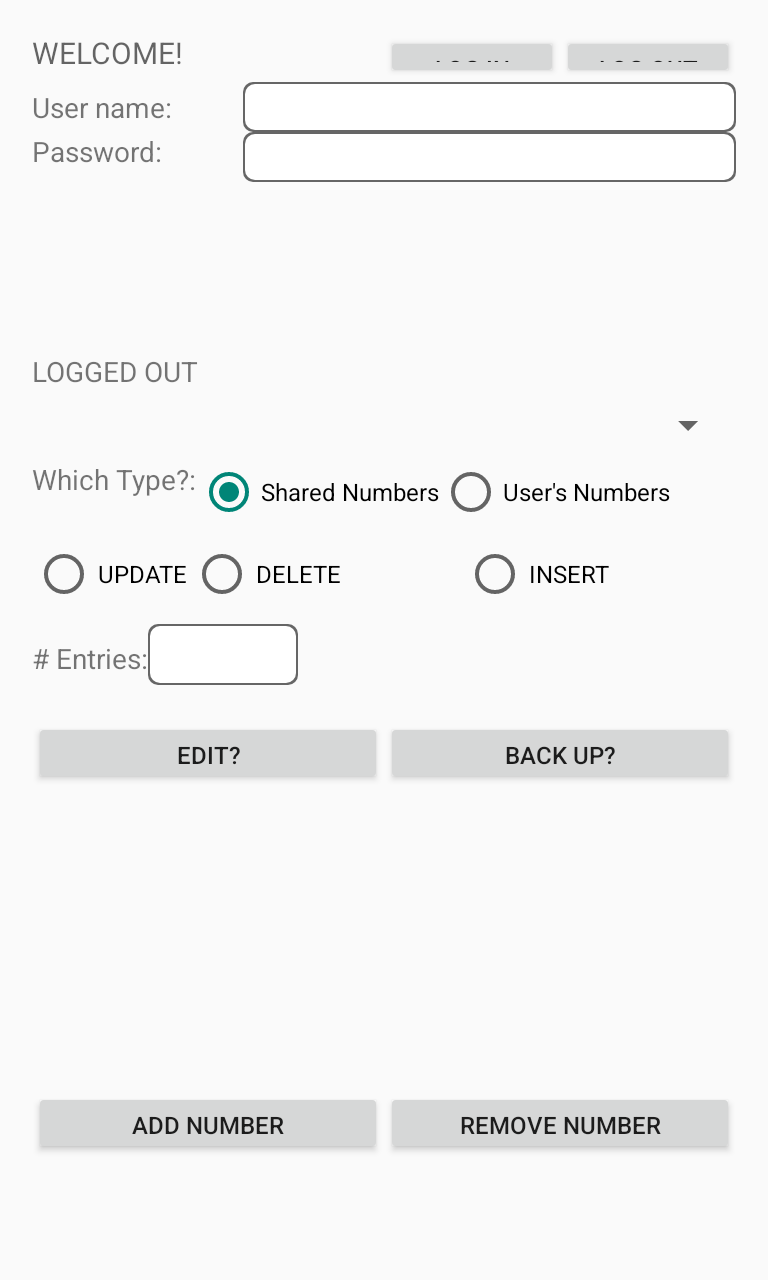
Repository: kharryman/LFQ_APP
Layout: LearnFactsQuick/res/layout/edit_numbers.xml
The author's editor kept a copy of each file at every save. The layout is drawn from the files as they stood at one save, then again after the next save.
It is drawn on a 768 x 1280 px phone screen (xhdpi) without system bars, with theme AppTheme; the app's code is not run.

Above is the layout before, as saved 2018-03-22 02:49:11.

After the next save:
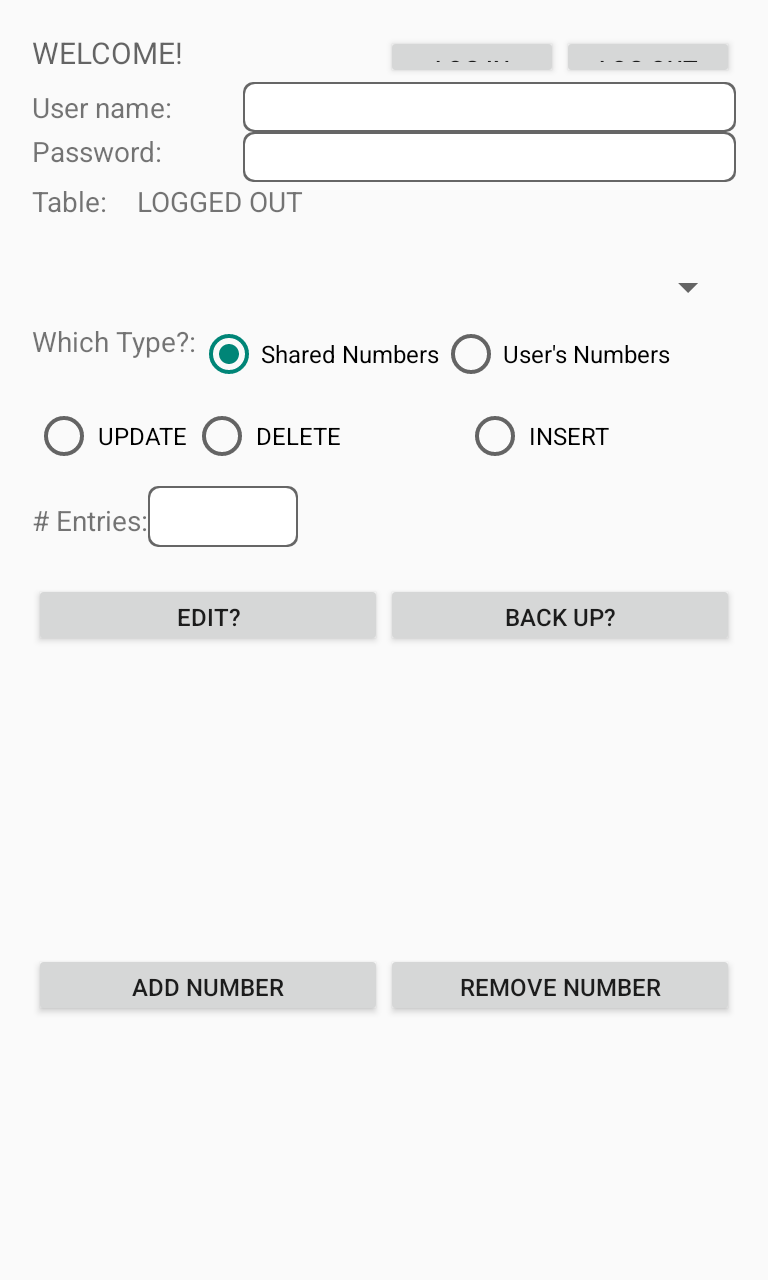
Saved 119 s later.
--- a/LearnFactsQuick/res/layout/edit_numbers.xml
+++ b/LearnFactsQuick/res/layout/edit_numbers.xml
@@ -108,19 +108,26 @@
                 </EditText>
             </LinearLayout>
 
+                        <LinearLayout
+                android:id="@+id/edit_numbers_prompt_table_login_layout"
+                android:layout_width="match_parent"
+                android:layout_height="70px"
+                android:orientation="horizontal" >
             <TextView
                 android:id="@+id/prompt_select_numbers_table"
                 android:layout_width="0dp"
                 android:layout_height="match_parent"
-                android:layout_weight="0.25"
-                android:text="Table" />
+                android:layout_weight="0.15"
+                android:text="Table:" />
 
             <TextView
                 android:id="@+id/edit_numbers_login_status"
-                android:layout_width="wrap_content"
-                android:layout_height="wrap_content"
+                android:layout_width="0dp"
+                android:layout_height="wrap_content"
+                android:layout_weight="0.85"
                 android:text="LOGGED OUT" >
             </TextView>
+            </LinearLayout>
 
             <LinearLayout
                 android:id="@+id/edit_numbers_select_table_layout"
